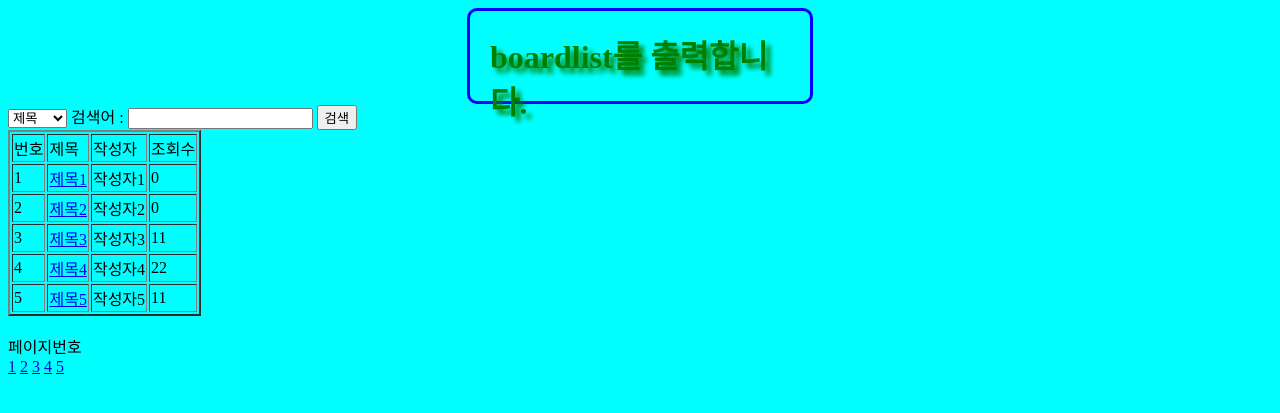
Repository: Pang-Ho/TIL
Page: JavaScript/workspace_web/htmltest/WebContent/boardlist.html
An editor plug-in stored every save of this project. The page is shown before and after the next save, followed by the edit.
The browser window is 1280 px wide. The pictures show the whole page.

Above is the page before, as saved 2021-08-20 08:38:44.

### JavaScript/workspace_web/htmltest/WebContent/boardlist.html
<!DOCTYPE html>
<html>
<head>
<meta charset="UTF-8">
<title>Insert title here</title>
<style type="text/css">
	body{
	background-color: aqua;
	}
	h1{
	color : green;
	width : 300px;
	margin:auto;
	text-shadow : 5px 5px 5px green;
	height : 50px;
	padding : 20px;
	border : solid blue;
	border-radius: 10px 10px 10px 10px;
	}
</style>

</head>
<body>
	<h1>boardlist를 출력합니다.</h1>
	<form action="boardsearch.html">
		<select>
			<option>제목</option>
			<option>내용</option>
			<option>작성자</option>
		</select>
		검색어 : <input type="search">
		<input type="submit" value=검색>
	</form>
	<table border=2>
		<tr> <td>번호</td> <td>제목</td> <td>작성자</td> <td>조회수</td> </tr>
		<tr> <td>1</td> <td><a href="boarddetail.html">제목1</a></td> <td>작성자1</td> <td>0</td> </tr>
		<tr> <td>2</td> <td><a href="boarddetail.html">제목2</a></td> <td>작성자2</td> <td>0</td> </tr>
		<tr> <td>3</td> <td><a href="boarddetail.html">제목3</a></td> <td>작성자3</td> <td>11</td> </tr>
		<tr> <td>4</td> <td><a href="boarddetail.html">제목4</a></td> <td>작성자4</td> <td>22</td> </tr>
		<tr> <td>5</td> <td><a href="boarddetail.html">제목5</a></td> <td>작성자5</td> <td>11</td> </tr>
	</table>
	<br>페이지번호<br>
	<a href="boardlist.html">1</a>
	<a href="boardlist.html">2</a>
	<a href="boardlist.html">3</a>
	<a href="boardlist.html">4</a>
	<a href="boardlist.html">5</a>

</body>
</html>

After the next save:
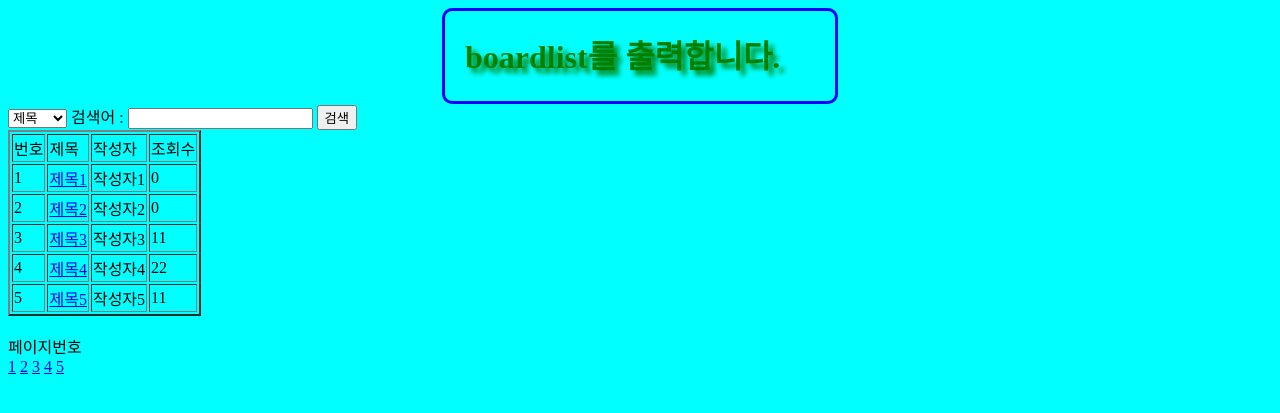
Saved 7 s later.
--- a/JavaScript/workspace_web/htmltest/WebContent/boardlist.html
+++ b/JavaScript/workspace_web/htmltest/WebContent/boardlist.html
@@ -9,7 +9,7 @@
 	}
 	h1{
 	color : green;
-	width : 300px;
+	width : 350px;
 	margin:auto;
 	text-shadow : 5px 5px 5px green;
 	height : 50px;
